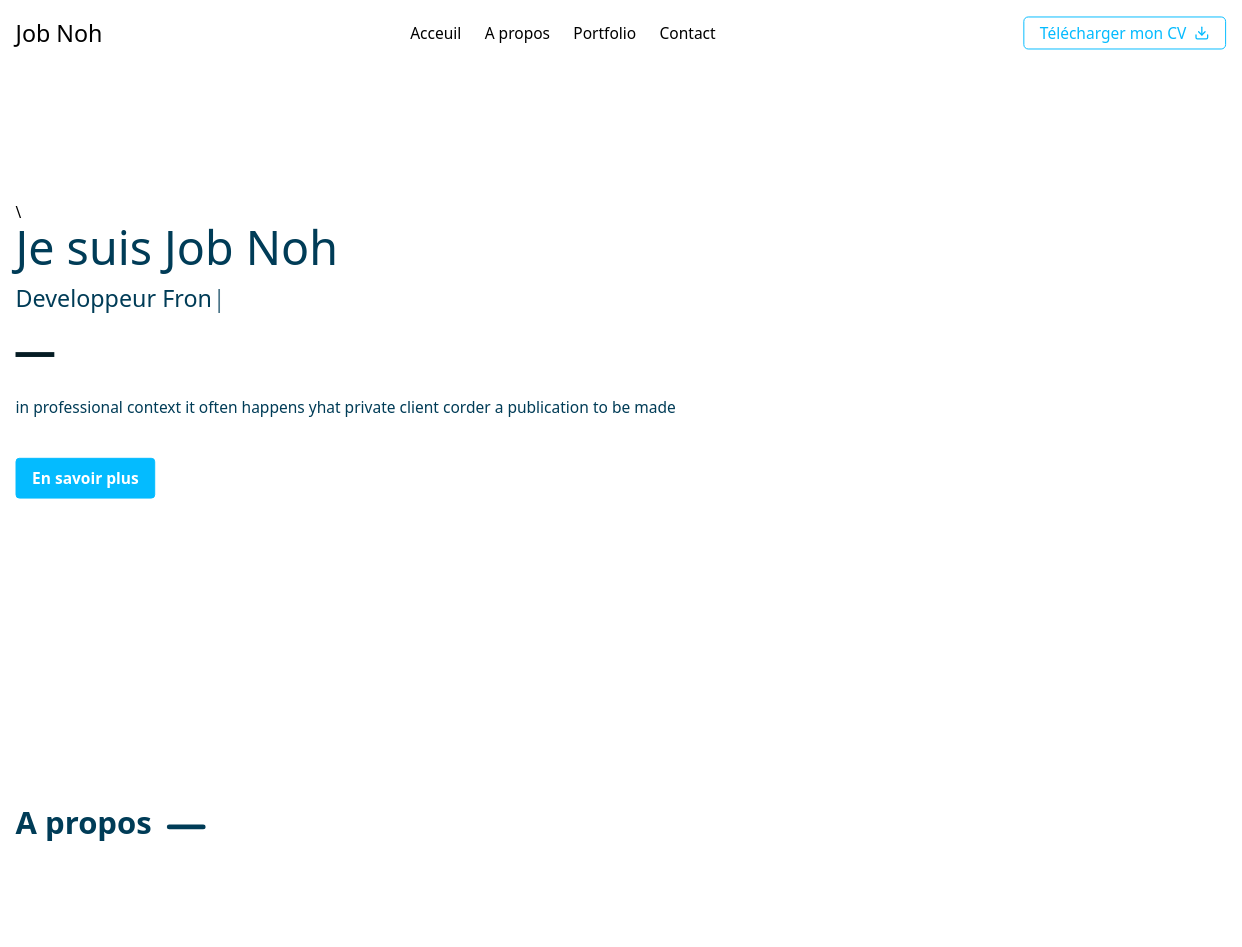
Repository: anoy1010/Nextportfolio
Page: /
An editor plug-in stored every save of this project. The page is shown before and after the next save, followed by the edit.
The browser window is 1280 px wide. The pictures show the whole page, at 97% of full size.
Backgrounds fixed to the window are drawn as part of the page. The project was rebuilt for these pictures with package versions that can differ from the ones it lists, and the page was loaded fresh each time. The framework's server and built-in components were replaced by stand-ins that run in the browser. Also part of the build but not shown: next.config.js, styles/Home.module.css.

Above is the page before, as saved 2023-03-06 17:22:30.

After the next save:
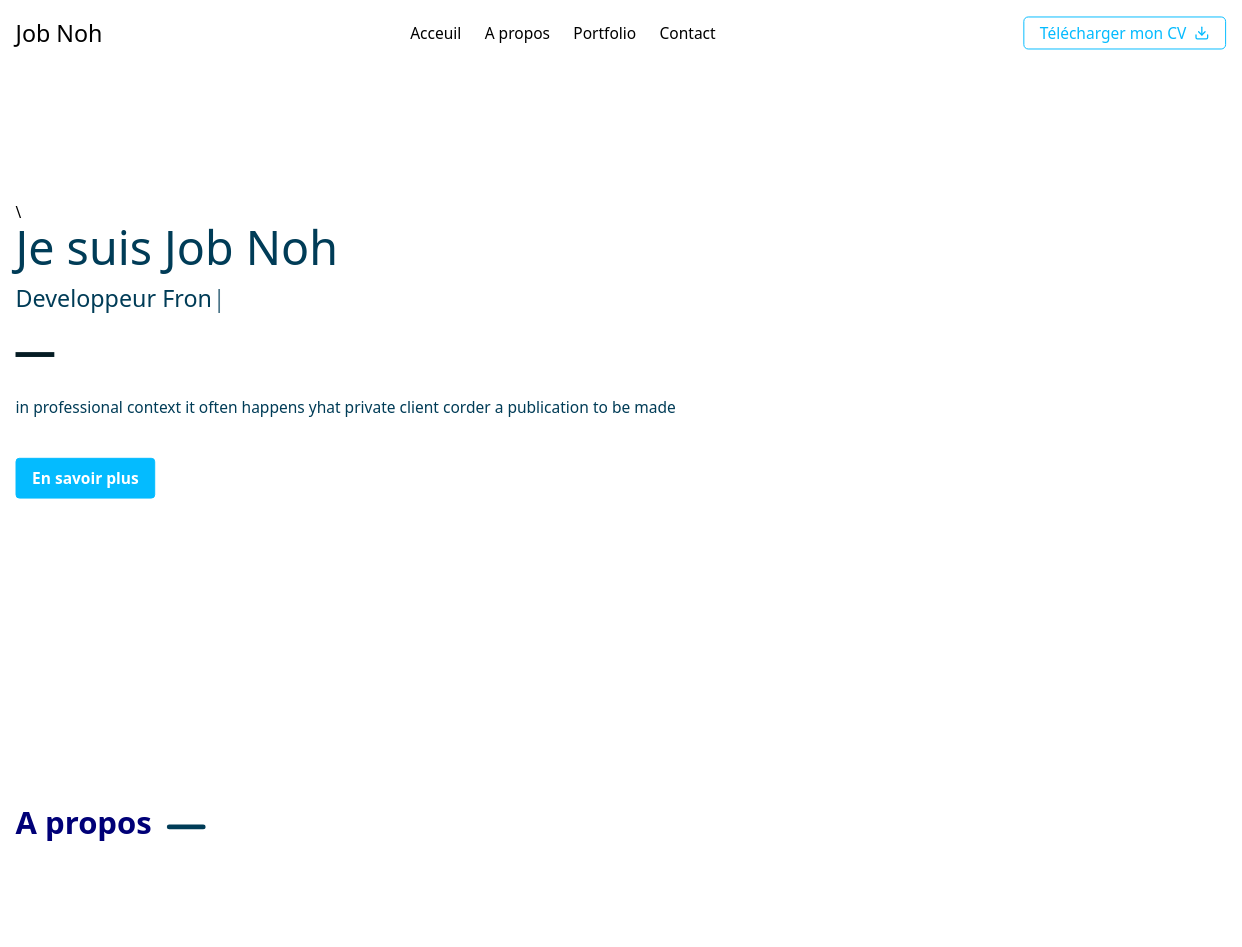
Saved 37 s later.
--- a/components/Heading.js
+++ b/components/Heading.js
@@ -2,7 +2,7 @@ import React from 'react'
 
 const Heading = ({title}) => {
   return (
-    <div className='text-[#003c57] text-[32px] font-bold flex items-center gap-4 py-16'>
+    <div className='text-[#007] text-[32px] font-bold flex items-center gap-4 py-16'>
         {title}
         <div className='bg-[#003c57] h-[5px] w-[40px] translate-y-1 rounded'></div>
     </div>
